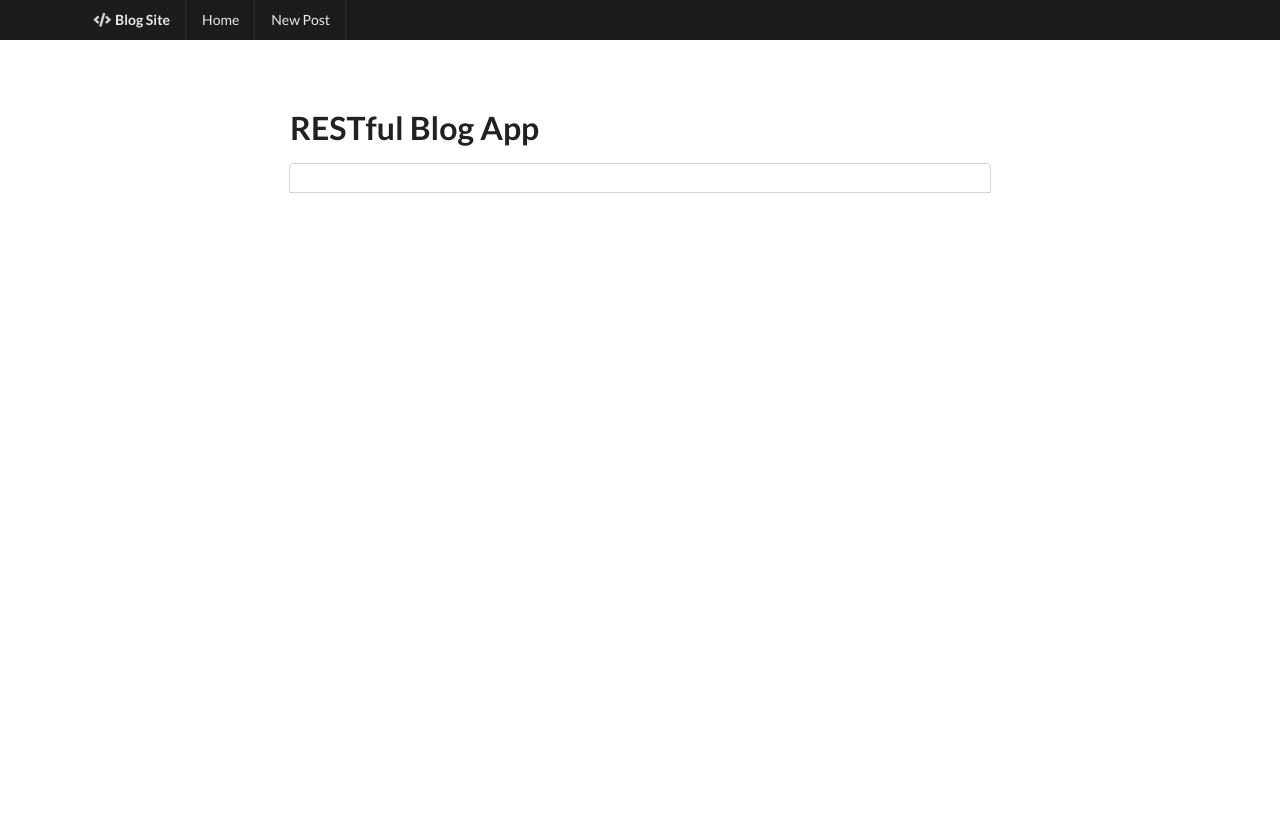
Repository: pruzic/webdevbootcamp
Page: http://localhost/blogs
The author's editor kept a record of every edit. The page is drawn from the files as they stood at one moment, then again after the next edit.
The browser window is 1280 px wide. The pictures show the whole page.
Some web libraries are served in a nearby version. The page is served by the project's Node server (RESTfulRouting/RESTfulBlogApp/app.js). Queries for data that is not in the repository find no rows.

Above is the page before.

### workspace/RESTfulRouting/RESTfulBlogApp/views/index.ejs
<% include ./partials/header %>

<div class="ui main text container">
    <div class="ui huge header">RESTful Blog App</div>
    <div class="ui top attached segment">
        <div class="ui divided items">
            <% blogs.forEach(function(blog){ %>
            <div class="item">
                <div class="image">
                    <img src="<%=blog.image %>">
                </div>
                <div class="content">
                    <a class="header" href="/blogs/<%=blog._id%>"><%=blog.title%></a>
                    <div class="meta">
                         <span><%=blog.created.toDateString()%></span>
                    </div>
                    <div class="description">
                        <p><%-blog.body.substring(0, 100)%>...</p>
                    </div>
                    <div class="extra">
                        <a class="ui floated basic violet button" href="/blogs/<%=blog._id%>">
                            Read More
                            <i class="right chevron icon"></i>
                        </a>
                    </div>
                </div>
            </div>
            <% }); %>
        </div>
    </div>
</div>

<% include ./partials/footer %>

### workspace/RESTfulRouting/RESTfulBlogApp/views/partials/header.ejs
<!DOCTYPE html>
<html>
    <header>
        <title>Blog App</title>
       <link rel="stylesheet" type="text/css" href="https://cdnjs.cloudflare.com/ajax/libs/semantic-ui/2.2.9/semantic.min.css">
       <link rel="stylesheet" type="text/css" href="/stylesheets/app.css">
    </header>

    <body>
       <div class="ui fixed inverted menu">
           <div class="ui container">
               <div class="header item"><i class="code icon"></i>Blog Site</div>
               <a href="/" class="item">Home</a>
               <a href="/blogs/new" class="item">New Post</a>
           </div>
       </div>

### workspace/RESTfulRouting/RESTfulBlogApp/views/partials/footer.ejs

   </body>
</html>

### workspace/RESTfulRouting/RESTfulBlogApp/app.js
var bodyParser          = require("body-parser"),
    methodOverride      = require("method-override"),
    expressSanitizer    = require("express-sanitizer"),
    mongoose            = require("mongoose"),
    express             = require("express"),
    app                 = express();

    //APP CONFIG
    mongoose.connect("mongodb://localhost/restful_blog_app");
    app.set("view engine", "ejs");
    app.use(express.static("public"));
    app.use(bodyParser.urlencoded({extended: true}));
    app.use(expressSanitizer(""));
    app.use(methodOverride("_method"));


    // MONGOOSE/MODEL CONFIG
    var blogSchema = new mongoose.Schema({
        title: String,
        image: String,
        body: String,
        created: {type: Date, default: Date.now}
    })
    var Blog = mongoose.model("Blog", blogSchema);

    // ONE TIME CREATE A BLOG IN DB
    // Blog.create({
    //     title: "Test Blog",
    //     image: "https://encrypted-tbn1.gstatic.com/images?q=tbn:ANd9GcQL6jwEziP1elZBuKZ7m53LEIKTAfGF_Zb_SNH0DorE1M2X-ihl",
    //     body: "Hello this is a blog post!"
    // })

    //RESTFUL ROUTES

    app.get("/", function(req, res) {
        res.redirect("/blogs");
    })
     //INDEX ROUTE
    app.get("/blogs", function(req, res){
        Blog.find({}, function(err, allBlogs){
            if(err){
                console.log(err);
            }
            else
            {
                 res.render("index", {blogs: allBlogs});
            }
        })
    });

    //NEW ROUTE
    app.get("/blogs/new", function(req, res) {
        res.render("new");
    });

    //CREATE ROUTE
    app.post("/blogs", function(req, res) {
      //Sanitizer is used to check for any HTML tag and javascript
      //input from user and make sure it is not harmful, by removing javascript from text.
      req.body.blog.body = expressSanitizer(req.body.blog.body);
      Blog.create(req.body.blog, function(err, newBlog){
          if(err){
               res.render("new")
          }
          else{
              //then, redirect to the index
             res.redirect("/blogs");
          }
      });

    });

    //SHOW ROUTE
    app.get("/blogs/:id", function(req, res) {
        Blog.findById(req.params.id, function(err, blog){
            if(err){
                res.redirect("/blogs")
            }
            else
            {
                res.render("show", {blog:blog});
            }
        });

        // res.send("SHOW PAGE!");
    });

    //EDIT ROUTE
    app.get("/blogs/:id/edit", function(req, res) {
        Blog.findById(req.params.id, function(err, foundBlog){
            if(err){
                res.redirect("/blogs");
            }
            else
            {
                res.render("edit", {blog: foundBlog});
            }
        });

    });

    //UPDATE ROUTE
    app.put("/blogs/:id", function(req, res){
        Blog.findByIdAndUpdate(req.params.id, req.body.blog, function(err, updatedBlog){
            if(err){
                res.redirect("/blogs");
            }
            else{
                res.redirect("/blogs/"+req.params.id);
            }
        });
    });

    //DELETE ROUTE
    app.delete("/blogs/:id", function(req, res){

      Blog.findByIdAndRemove(req.params.id, function(err){
          if(err){
               res.redirect("/blogs");
          }
          else{
              res.redirect("/blogs");
          }
      });
    });

    app.listen(process.env.PORT, process.env.IP, function() {
        console.log("Server Started!");
    })

### workspace/RESTfulRouting/RESTfulBlogApp/public/stylesheets/app.css
.container.main{
    margin-top: 7.0em;
}

.icon{
    font-size: 1.5em;
}

After the next edit:
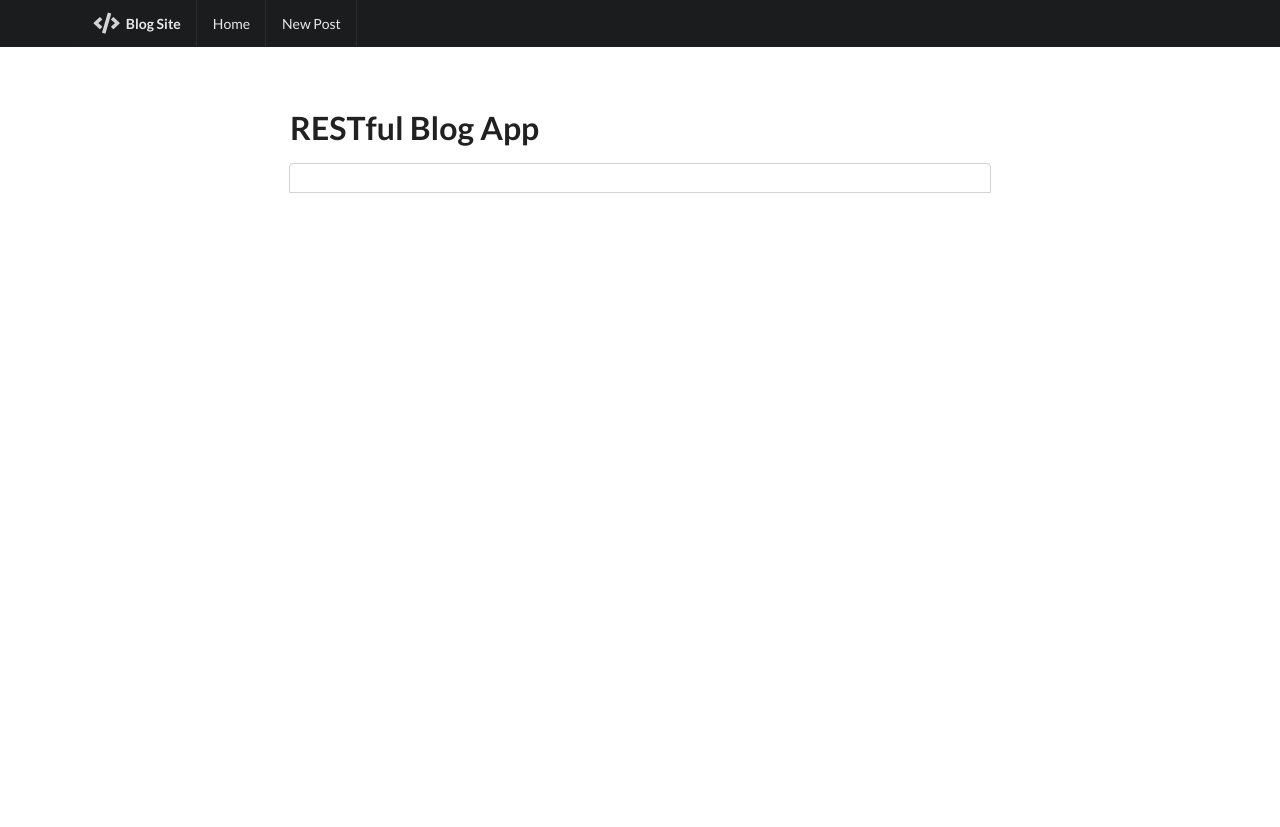
The edit:
--- a/workspace/RESTfulRouting/RESTfulBlogApp/public/stylesheets/app.css
+++ b/workspace/RESTfulRouting/RESTfulBlogApp/public/stylesheets/app.css
@@ -2,6 +2,10 @@
     margin-top: 7.0em;
 }
 
-.icon{
+i.icon{
     font-size: 1.5em;
 }
+
+#delete{
+    display: inline;
+}
